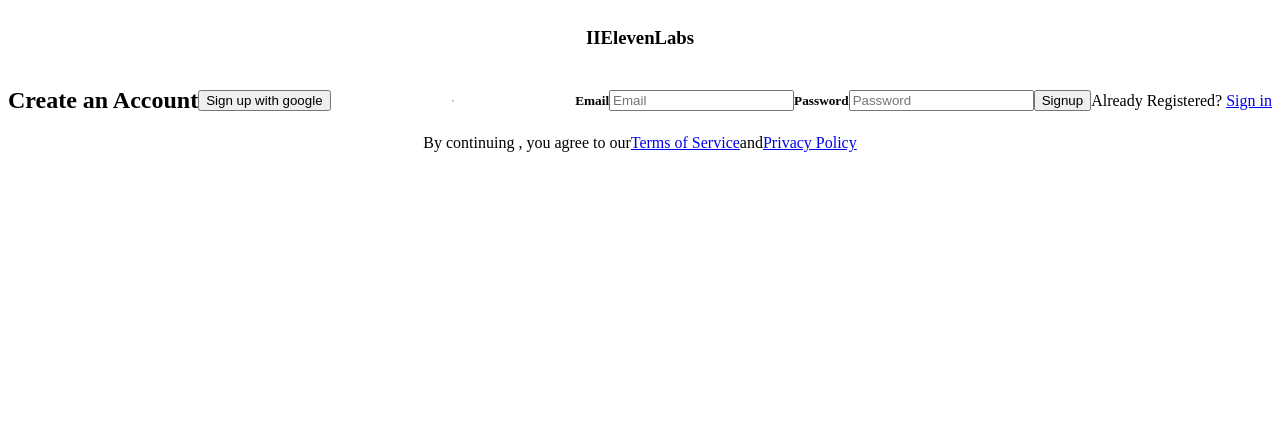
Repository: RohanSai22/harkirat-cohort-learnings
Page: Web/w1_a.html
These files come from the project's save history. The page is drawn as it stood at one moment and after the next save; the edit follows.
The browser window is 1280 px wide. The pictures show the whole page.

Above is the page before, as saved 2026-03-24 10:05:40.

After the next save:
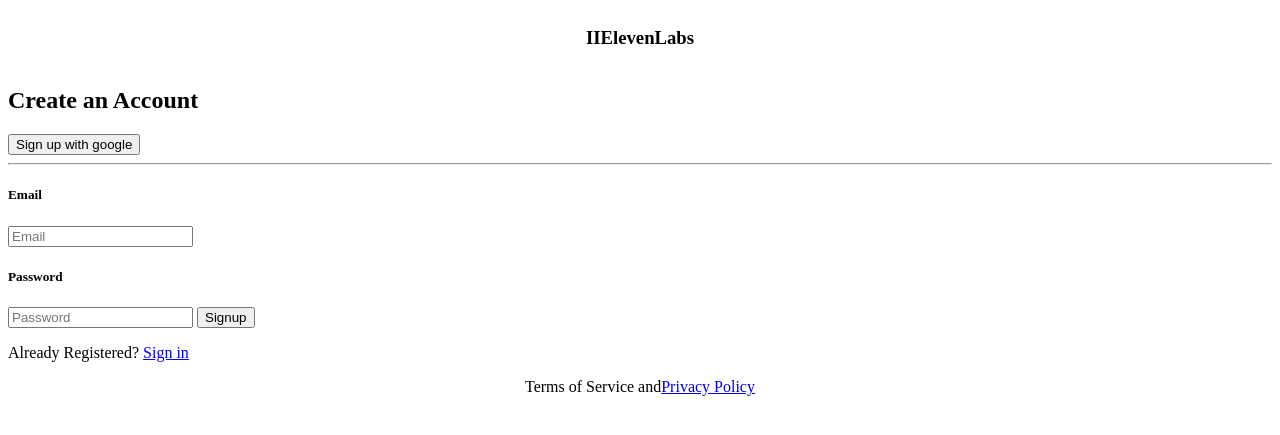
Saved 20 s later.
--- a/Web/w1_a.html
+++ b/Web/w1_a.html
@@ -7,7 +7,7 @@
             <div style="display:flex; justify-content: center;">
                 <h3>IIElevenLabs</h3>
             </div>
-            <div style="display:flex; justify-content: center; align-items: center;">
+            <div>
                 <h2>Create an Account</h2>
                 <button onclick="window.location.href='https://www.gmail.com'">Sign up with google</button>
                 <hr>
@@ -21,7 +21,7 @@
                     <a href="https://www.gmail.com">Sign in</a>
                 </p>
             </div>
-            <div style="display:flex; justify-content: center;">
+            <div style="display:flex; justify-content: center;>
                 By continuing , you agree to our <a href="https://www.google.com/terms-and-conditions">Terms of Service</a> and <a href="https://www.google.com/privacy-policy">Privacy Policy</a>
             </div>
         </div>
